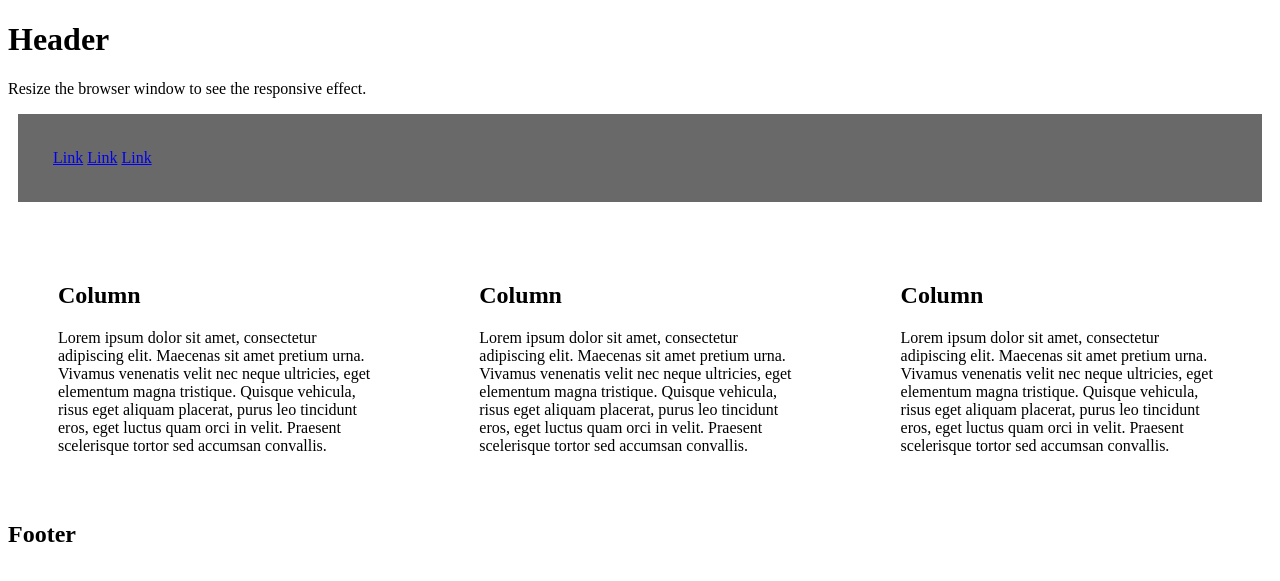
Repository: daeun0220/KB_EDU_JAVA
Page: work03_FrontUI/front02_CSS3/src/main/webapp/css13_website_layout_template.html
The author's editor kept a copy of each file at every save. The page is drawn from the files as they stood at one save, then again after the next save.
The browser window is 1280 px wide. The pictures show the whole page.

Above is the page before, as saved 2023-08-08 05:26:48.

After the next save:
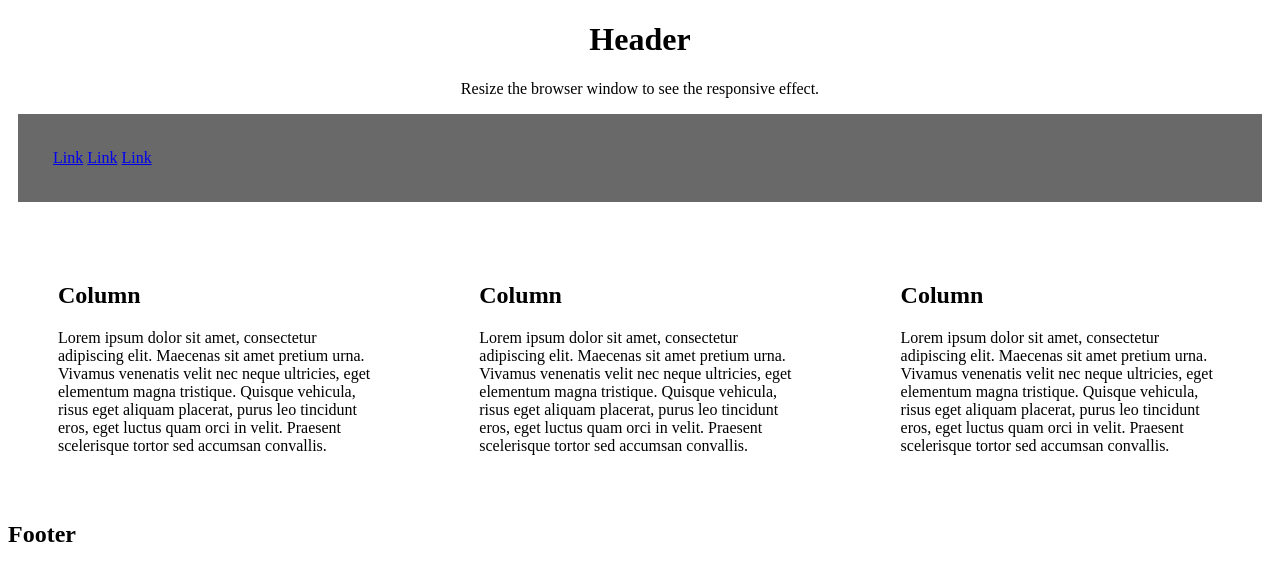
Saved 85 s later.
--- a/work03_FrontUI/front02_CSS3/src/main/webapp/css13_website_layout_template.html
+++ b/work03_FrontUI/front02_CSS3/src/main/webapp/css13_website_layout_template.html
@@ -10,7 +10,7 @@
 }
 
 .header {
-	float: center;
+	text-align: center;
 }
 
 .topnav {
